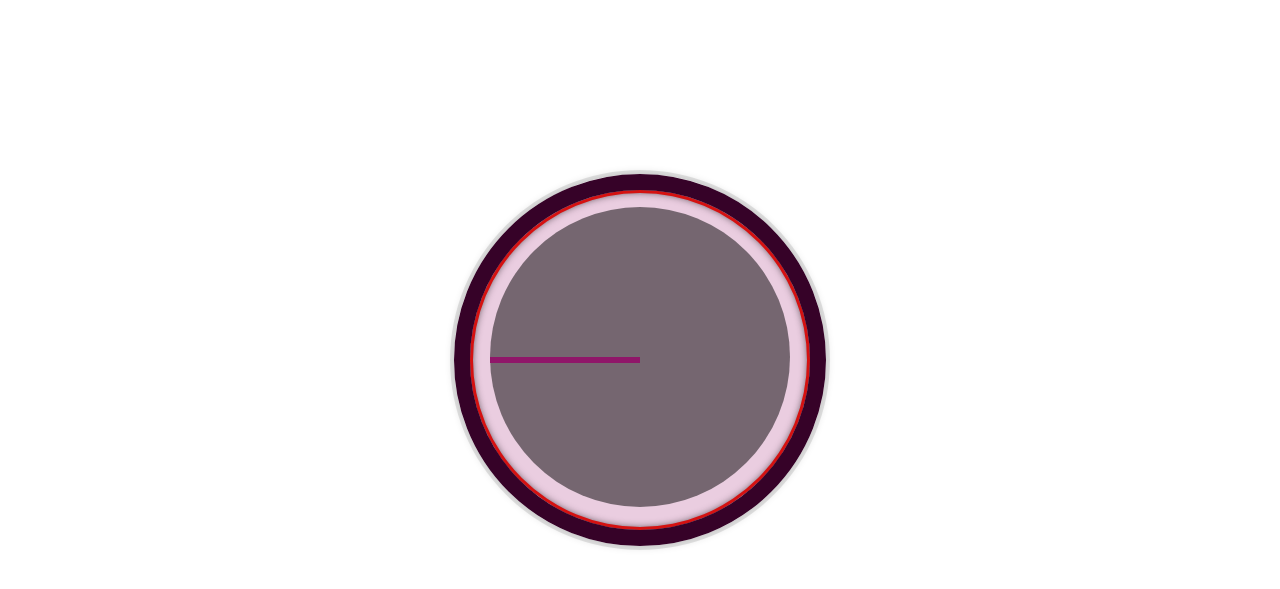
Repository: Freezler/javascript-css-clock
Page: index.html
An editor plug-in stored every save of this project. The page is shown before and after the next save, followed by the edit.
The browser window is 1280 px wide. The pictures show the whole page.

Above is the page before, as saved 2024-08-24 15:55:05.

### index.html
<!DOCTYPE html>
<html lang="en">

<head>
    <meta charset="UTF-8">
    <title>JS + CSS Clock</title>
    <link rel="icon" href="https://fav.farm/🔥" />
    <link rel="stylesheet" href="style.css">
</head>

<body>
    <div class="clock">
        <div class="clock-face">
            <div class="hand hour-hand"></div>
            <div class="hand min-hand"></div>
            <div class="hand second-hand"></div>
        </div>
    </div>
    <script src="/main.js"></script>
</body>

</html>

### style.css
html {
    background: url() no-repeat center center fixed;
    background-repeat: no-repeat;
    background-attachment: fixed;
    background-position: center center;
    background-size: cover;
    font-family: 'system-ui', sans-serif;
    text-align: center;
    font-size: 10px;
}

body {
    margin: 0;
    font-size: 2rem;
    display: flex;
    flex: 1;
    min-height: 100vh;
    align-items: center;
}

.clock {
    width: 30rem;
    height: 30rem;
    border: 16px solid rgb(54, 2, 40);
    border-radius: 50%;
    margin: 50px auto;
    position: relative;
    padding: 2rem;
    box-shadow:
        0 0 0 4px rgba(0, 0, 0, 0.1),
        inset 0 0 0 3px #d51111,
        inset 0 0 10px black,
        0 0 10px rgba(0, 0, 0, 0.2);
    background: rgba(150, 7, 100,.2);
}

.clock-face {
    position: relative;
    width: 100%;
    height: 100%;
    transform: translateY(-3px);
    /* account for the height of the clock hands */
    background: rgba(0, 0, 0, 0.5);
    border-radius: 50%;
}

.hand {
    width: 50%;
    height: 6px;
    background: rgb(144, 22, 105);
    position: absolute;
    top: 50%;
    z-index: 100;
}

Loaded but not shown: main.js (no stored copy; drawn as an empty file)

After the next save:
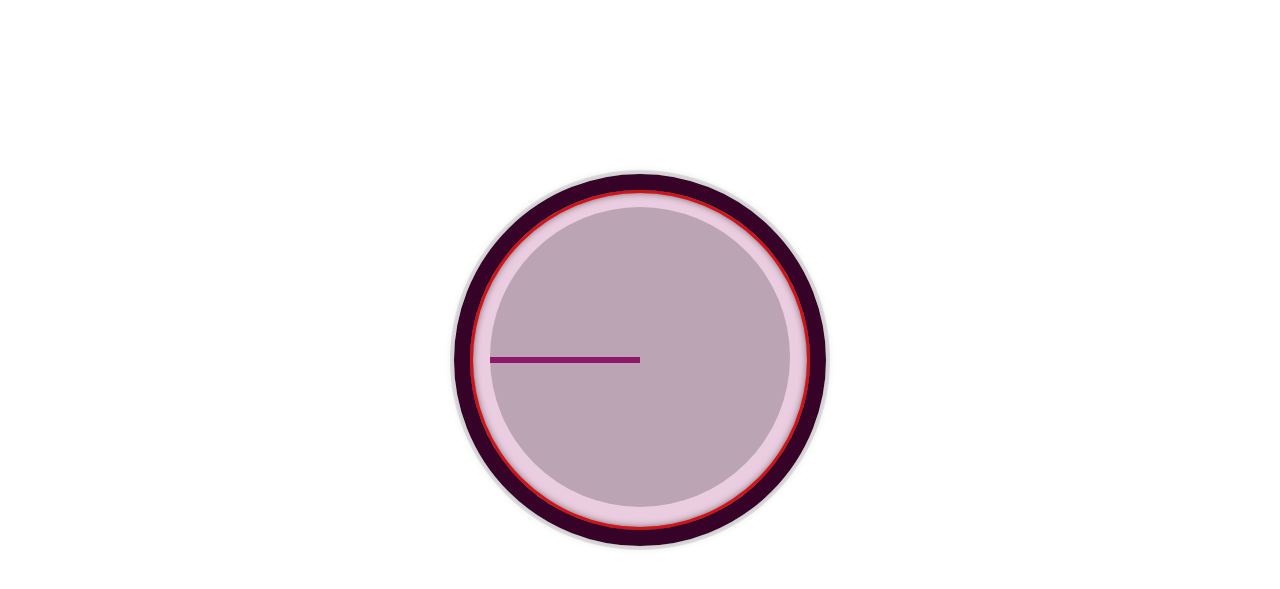
Saved 7 s later.
--- a/style.css
+++ b/style.css
@@ -40,7 +40,7 @@ body {
     height: 100%;
     transform: translateY(-3px);
     /* account for the height of the clock hands */
-    background: rgba(0, 0, 0, 0.5);
+    background: rgba(0, 0, 0, 0.2);
     border-radius: 50%;
 }
 
